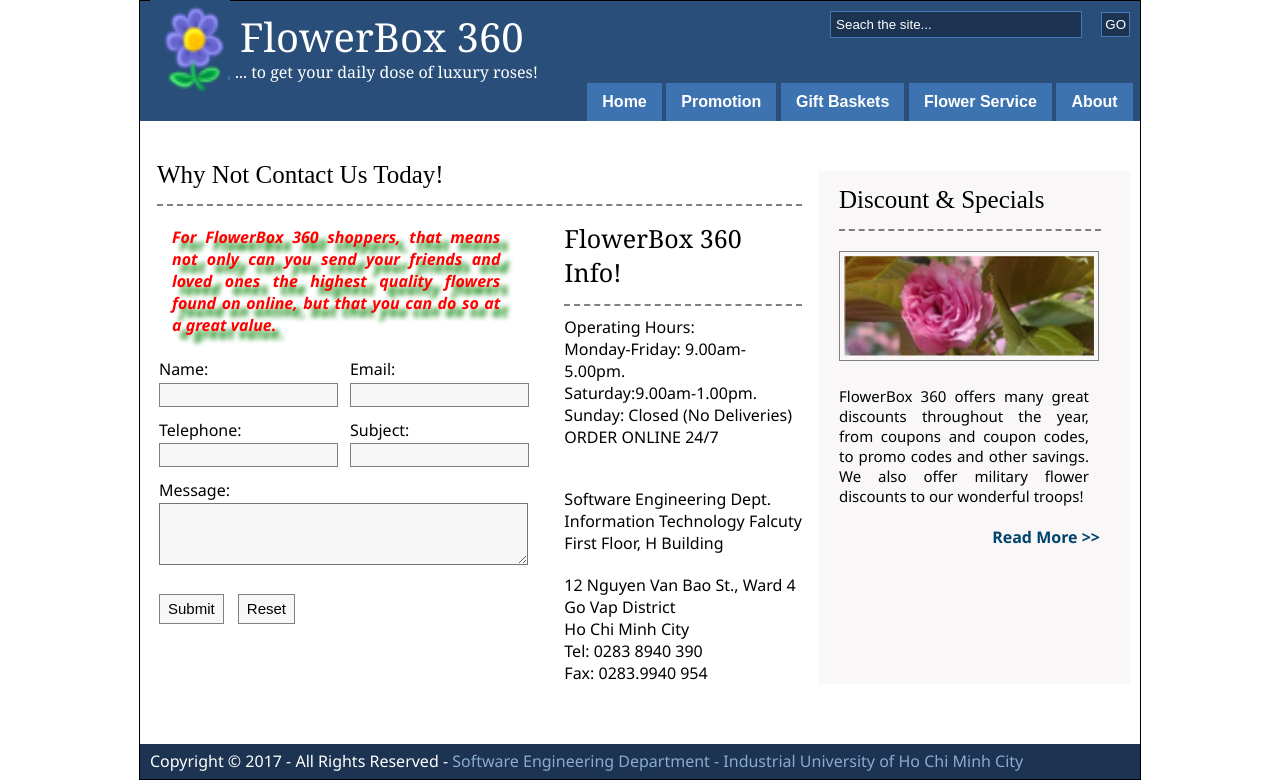
Repository: thu1365/BTKT_WEB
Page: HTML/btkt.html
An editor plug-in stored every save of this project. The page is shown before and after the next save, followed by the edit.
The browser window is 1280 px wide. The pictures show the whole page.

Above is the page before, as saved 2023-03-11 21:42:58.

After the next save:
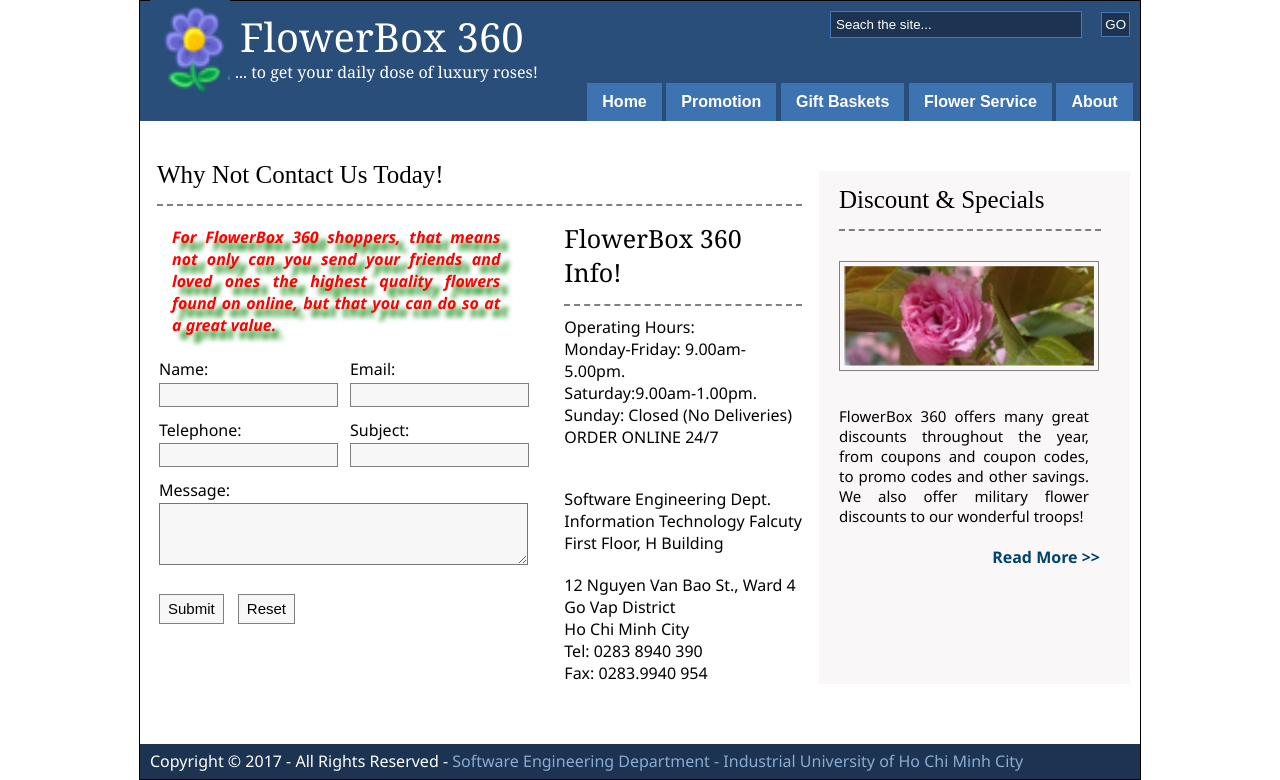
Saved 106 s later.
--- a/HTML/btkt.html
+++ b/HTML/btkt.html
@@ -235,7 +235,7 @@
             width: 250px;
             height: 100px;
             padding: 4px;
-            margin: 20px 0px;
+            margin: 30px 0px;
             border: 1px solid gray;
         }
 

After the save that followed:
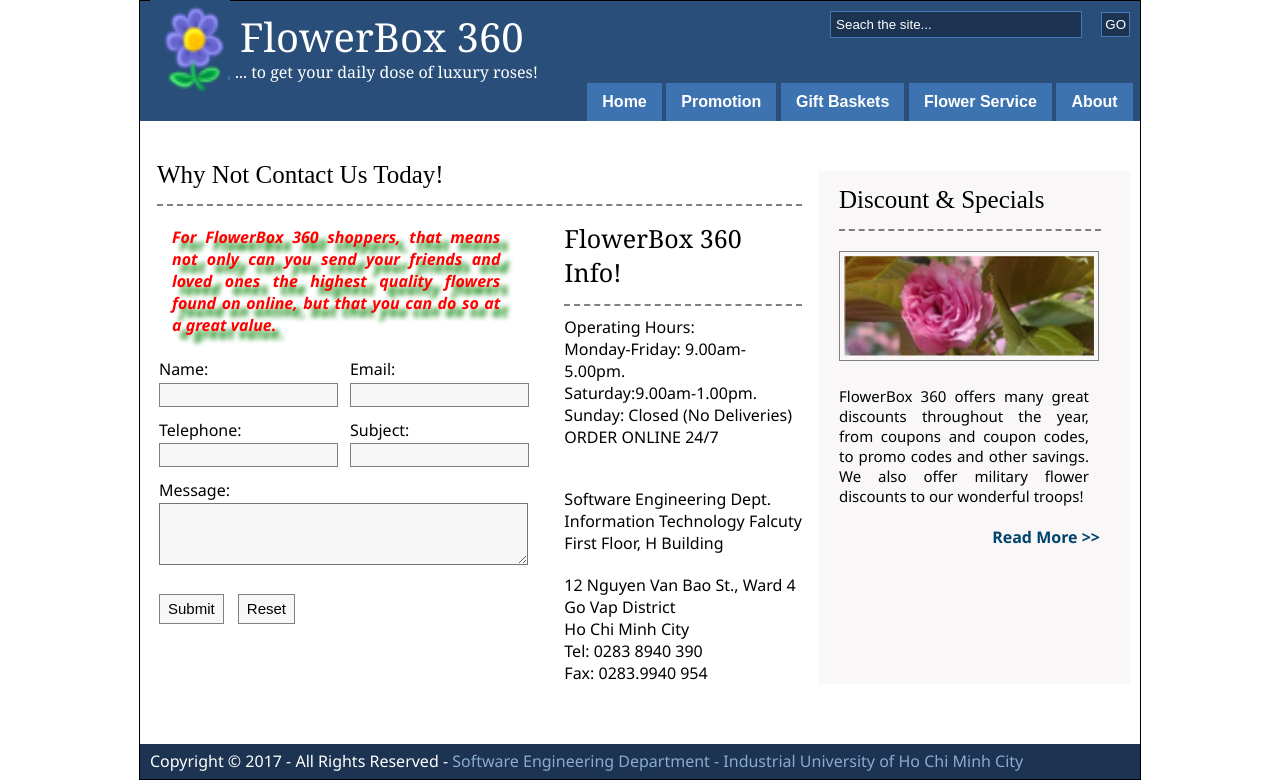
Saved 5 s later.
--- a/HTML/btkt.html
+++ b/HTML/btkt.html
@@ -235,7 +235,7 @@
             width: 250px;
             height: 100px;
             padding: 4px;
-            margin: 30px 0px;
+            margin: 20px 0px;
             border: 1px solid gray;
         }
 
